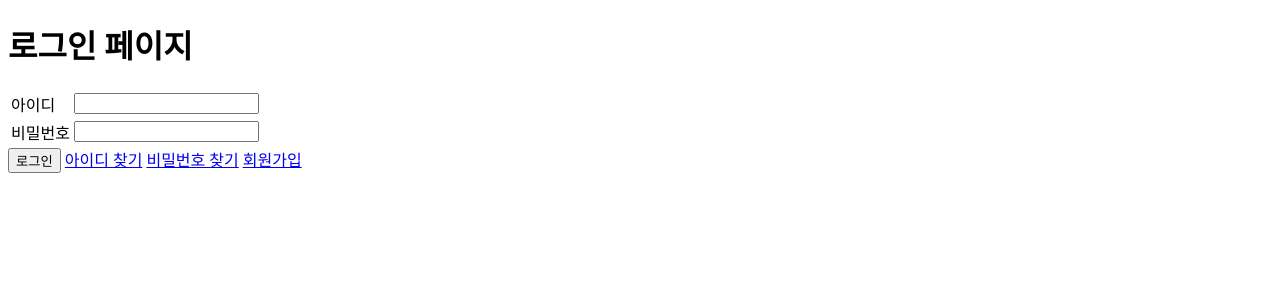
Repository: ksccmp/notice-board
Page: http://localhost/board/login.jsp
The author's editor kept a copy of each file at every save. The page is drawn from the files as they stood at one save, then again after the next save.
The browser window is 1280 px wide. The pictures show the whole page.
The page is served by Tomcat 9. Nobody is signed in. The application's start-up code is not run. Other server files are loaded and not shown.

Above is the page before, as saved 2019-09-18 13:27:35.

### board/src/main/webapp/login.jsp
<%@ page language="java" contentType="text/html; charset=UTF-8"
    pageEncoding="UTF-8"%>
<!DOCTYPE html PUBLIC "-//W3C//DTD HTML 4.01 Transitional//EN" "http://www.w3.org/TR/html4/loose.dtd">
<html>
<head>
<meta http-equiv="Content-Type" content="text/html; charset=UTF-8">
<title>LoginPage</title>
</head>
<body>
	<h1>로그인 페이지</h1>
	<form method="post" action="">
		<table>
			<tr>
				<td>아이디</td>
				<td><input type="text" id="id" name="id"></td>
			</tr>

			<tr>
				<td>비밀번호</td>
				<td><input type="password" id="password" name="password"></td>
			</tr>
		</table>
		<input type="submit" value="로그인">
		<a href="#">아이디 찾기</a>
		<a href="#">비밀번호 찾기</a>
		<a href="#">회원가입</a>
	</form>
</body>
</html>

After the next save:
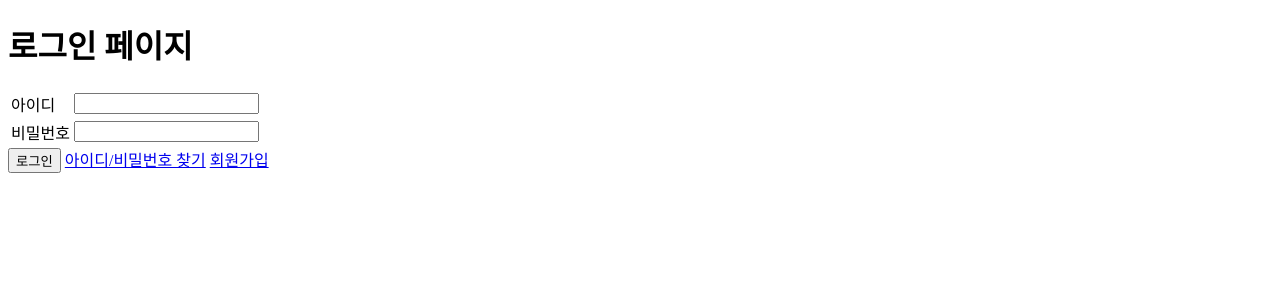
Saved 9 s later.
--- a/board/src/main/webapp/login.jsp
+++ b/board/src/main/webapp/login.jsp
@@ -21,8 +21,7 @@
 			</tr>
 		</table>
 		<input type="submit" value="로그인">
-		<a href="#">아이디 찾기</a>
-		<a href="#">비밀번호 찾기</a>
+		<a href="#">아이디/비밀번호 찾기</a>
 		<a href="#">회원가입</a>
 	</form>
 </body>
